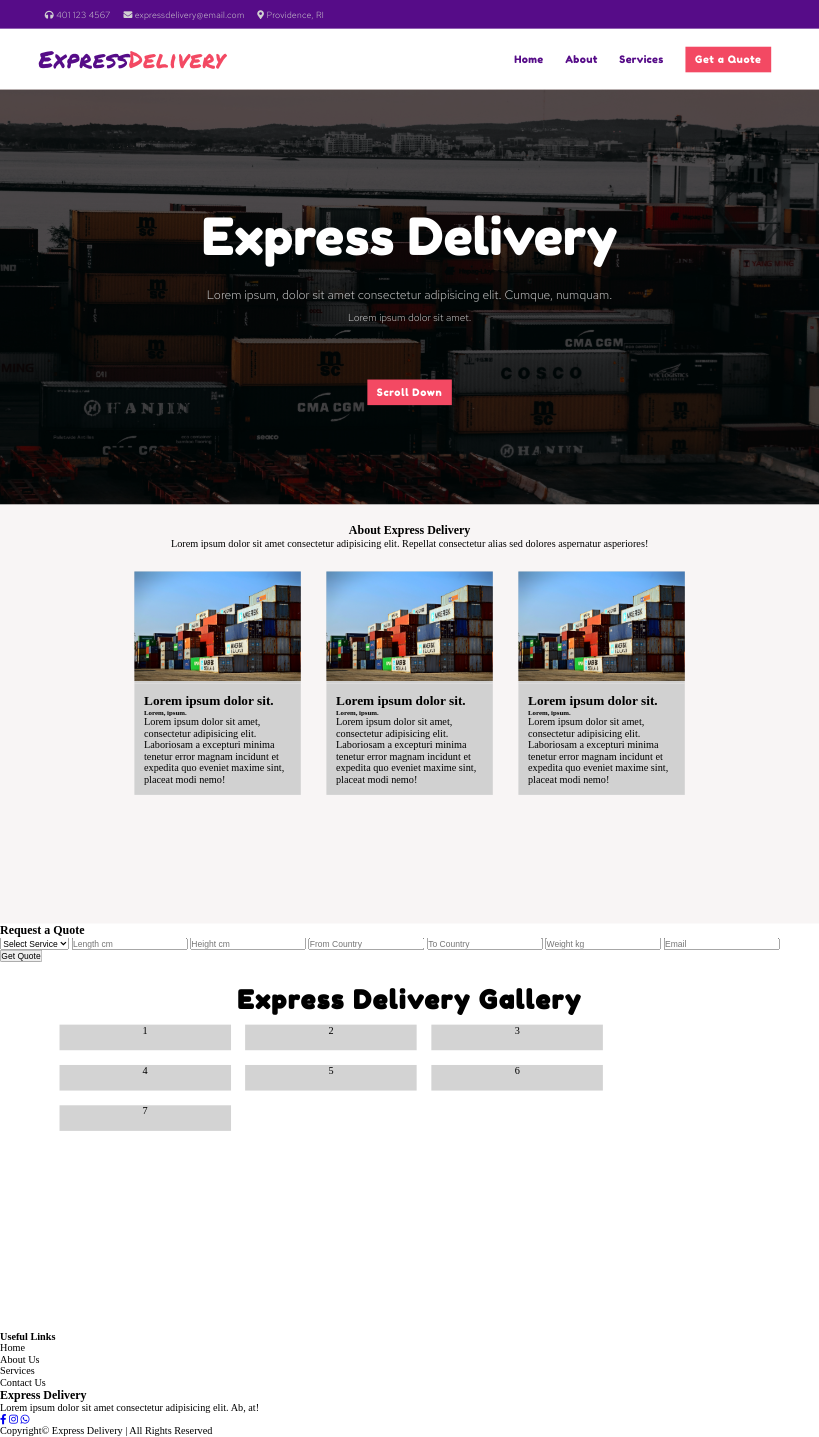
Repository: just-mann/express-delivery
Page: index.html
The author's editor kept a copy of each file at every save. The page is drawn from the files as they stood at one save, then again after the next save.
The browser window is 1280 px wide. The pictures show the whole page, at 64% of full size.
The style sheet was rebuilt from its Sass, Less or Tailwind sources for each picture, by a compiler version that may differ from the author's.

Above is the page before, as saved 2021-06-30 14:53:39.

### index.html
<!DOCTYPE html>
<html lang="en">
<head>
    <meta charset="UTF-8">
    <meta http-equiv="X-UA-Compatible" content="IE=edge">
    <meta name="viewport" content="width=device-width, initial-scale=1.0">
    <meta name="author" content="Justin Kollie">
    <meta name="description" content="Reliable shipping solutions across the U.S.">
    <link rel="stylesheet" href="/css/style.css">
    <link rel="stylesheet" href="https://cdnjs.cloudflare.com/ajax/libs/font-awesome/5.15.3/css/all.min.css" referrerpolicy="no-referrer" />
    <title>Express Delivery | Your trusted delivery system</title>
</head>
<body id="top">
    <header>
        <div class="top-section">
            <p><i class="fas fa-headphones"></i> 401 123 4567</p>
            <p class="emailAdd"><i class="fas fa-envelope"></i> expressdelivery@email.com</p>
            <p><i class="fas fa-map-marker-alt"></i> Providence, RI</p>
        </div>
        <nav>
            <a href="#" class="logo"><span>Express</span>Delivery</a>
            <div class="nav__links">
                <a href="#">Home</a>
                <a href="#">About</a>
                <a href="#">Services</a>
                <a class="quoteGet" href="#contact-us">Get a Quote</a>
            </div>
        </nav>
        <section class="hero__div">
            <div class="hero__section">
                <div class="hero__overlay">
                    <h2>Express Delivery</h2>
                    <p class="firstPara">Lorem ipsum, dolor sit amet consectetur adipisicing elit. Cumque, numquam.</p>
                    <p class="secondPara">Lorem ipsum dolor sit amet.</p>
                    <a href="#aboutUs">Scroll Down</a>
                </div>
            </div>
        </section>
    </header>
    <section class="product__description">

    </section>
    <section class="aboutUs" id="aboutUs">
        <h3>About Express Delivery</h3>
        <p>
            Lorem ipsum dolor sit amet consectetur adipisicing elit.
            Repellat consectetur alias sed dolores aspernatur asperiores!
        </p>
        <div class="about__card-div">
            <div class="card">
                <div class="imgDiv">
                    <img src="/images/container_ship.jpg" alt="card1">
                </div>
                <div>
                    <h4>Lorem ipsum dolor sit.</h4>
                    <h6>Lorem, ipsum.</h6>
                    <p>
                        Lorem ipsum dolor sit amet, consectetur adipisicing elit.
                        Laboriosam a excepturi minima tenetur error magnam incidunt
                        et expedita quo eveniet maxime sint, placeat modi nemo!
                    </p>
                </div>
            </div>
            <div class="card">
                <div class="imgDiv">
                    <img src="/images/container_ship.jpg" alt="card1">
                </div>
                <div>
                    <h4>Lorem ipsum dolor sit.</h4>
                    <h6>Lorem, ipsum.</h6>
                    <p>
                        Lorem ipsum dolor sit amet, consectetur adipisicing elit.
                        Laboriosam a excepturi minima tenetur error magnam incidunt
                        et expedita quo eveniet maxime sint, placeat modi nemo!
                    </p>
                </div>
            </div>
            <div class="card">
                <div class="imgDiv">
                    <img src="/images/container_ship.jpg" alt="card1">
                </div>
                <div>
                    <h4>Lorem ipsum dolor sit.</h4>
                    <h6>Lorem, ipsum.</h6>
                    <p>
                        Lorem ipsum dolor sit amet, consectetur adipisicing elit.
                        Laboriosam a excepturi minima tenetur error magnam incidunt
                        et expedita quo eveniet maxime sint, placeat modi nemo!
                    </p>
                </div>
            </div>
        </div>
    </section>
    <section class="contact" id="contact-us">
        <h3>Request a Quote</h3>
        <form action="">
            <select name="services" id="services">
                <option>Select Service</option>
                <option value="service1">Service 1</option>
                <option value="service2">Service 2</option>
                <option value="service3">Service 3</option>
                <option value="service4">Service 4</option>
            </select>
            <input type="text" placeholder="Length cm">
            <input type="text" placeholder="Height cm">
            <input type="text" name="country-from" id="country-from" placeholder="From Country">
            <input type="text" name="country-to" id="country-to" placeholder="To Country">
            <input type="text" name="weight" id="weight" placeholder="Weight kg">
            <input type="email" name="email" id="email" placeholder="Email">
            <input type="submit" value="Get Quote">
        </form>
    </section>
    <section class="gallery">
        <h3>Express Delivery Gallery</h3>
        <div class="gallery__div">
            <div>1</div>
            <div>2</div>
            <div>3</div>
            <div>4</div>
            <div>5</div>
            <div>6</div>
            <div>7</div>
        </div>
    </section>
    <footer class="footer">
        <section class="footer__top">
            <div class="usefulLinks">
                <h4>Useful Links</h4>
                <li>Home</li>
                <li>About Us</li>
                <li>Services</li>
                <li>Contact Us</li>
            </div>
            <div>
                <h3>Express Delivery</h3>
                <p>
                    Lorem ipsum dolor sit amet consectetur adipisicing elit. Ab, at!
                </p>
                <div class="social__links">
                    <a href="#"><i class="fab fa-facebook-f"></i></a>
                    <a href="#"><i class="fab fa-instagram"></i></a>
                    <a href="#"><i class="fab fa-whatsapp"></i></a>
                </div>
            </div>
        </section>
        <section class="footer__bottom">
            <p>Copyright&copy Express Delivery | All Rights Reserved</p>
        </section>
    </footer>
</body>
</html>

### Sass/style.scss
@import 'reset';
@import 'default__styles';
@import 'mixins';

body {
    position: relative;
}


header {
    .top-section {
        background: $secondary__color;
        color: $light__white;
        display: flex;
        justify-content: flex-start;
        align-items: center;
        // padding: 15px 0px;
        @include my_container;
        height: 45px;

        p {
            font-family: $third__font;
            font-size: 0.87rem;
            color: $dark__white;
            letter-spacing: 0.3px;
            margin: 0 10px;

            .emailAdd {
                border-left: 1px solid red;
                border-right: 1px solid red;
            }

            i {
                transition: 0.7s;
            }



            &:hover {
                i {
                    color: $primary__color;
                }
            }
        }
    }

    nav {
        // position: sticky;
        // top: 0;
        // left: 0;
        @include my_container;
        width: 100%;
        height: 95px;
        // padding: 0px 35px;
        background: $light__white;
        display: flex;
        justify-content: space-between;
        align-items: center;

        .logo {
            font-size: 2.3rem;
            color: $primary__color;
            font-weight: 450;
            letter-spacing: 1px;
            font-family: $primary__font;
            span {
                color: $secondary__color;
            }
        }

        .nav__links {
            a {
                color: $secondary__color;
                font-size: 1rem;
                margin: 0 15px;
                transition: 0.5s;
                font-family: $secondary__font;
                font-weight: 150;
                letter-spacing: 0.5px;

                &:hover {
                    color: $primary__color;
                }

            }

            .quoteGet {
                @include btn_style;
            }
        }
    }

    .hero__div {
        height: 90vh;
        z-index: 0;
        .hero__section {
            width: 100%;
            height: 100%;
            display: flex;
            justify-content: center;
            align-items: center;
            background: url('/images/heroImg.jpg') no-repeat center center / cover;

            .hero__overlay {
                // display: none;
                background: rgba(0, 0, 0, 0.678);
                height: 100%;
                width: 100%;
                display: flex;
                align-items: center;
                justify-content: center;
                flex-direction: column;
                color: $light__white;
                text-align: center;

                h2 {
                    font-size: 5rem;
                    margin-top: 30px;
                    font-family: $secondary__font;
                    font-weight: 90;
                }

                .firstPara {
                    font-family: $third__font;
                    font-size: 1.2rem;
                    font-weight: 300;
                    line-height: 1.4em;
                    margin: 30px 0px 6px 0px;
                    color: $dark__white;
                }
                .secondPara {
                    font-family: $third__font;
                    font-size: 1rem;
                    font-weight: 300;
                    line-height: 1.4em;
                    margin: 5px 0px;
                    color: $dark__white;
                }

                a {
                    @include btn_style;
                    margin: 80px 0px 5px 0px;
                }
            }
        }
    }
}





// About Us
.aboutUs {
    // @include my_container;
    max-width: 100%;
    min-height: 50vh;
    text-align: center;
    margin: 0px auto;
    padding-top: 30px;
    padding-bottom: 15px;
    background: rgb(248, 245, 245);

    h3 {

    }

    p {

    }

    .about__card-div {
        // background: yellow;
        max-width: 100%;
        margin: 0 auto;
        padding: 25px;
        display: grid;
        justify-content: center;
        align-items: center;
        grid-template-columns: repeat(3, 300px);

        .card {
            min-height: 500px;
            margin: 10px 20px;
            text-align: center;
            &:hover {
                // @include divShadow;
            }

            .imgDiv {
                min-height: 30%;
                padding: 0px;
            }

            img {
                width: 100%;
                min-height: 100%;
                object-fit: cover;
            }

            div {
                padding: 15px;
                margin: 0 auto;
                text-align: left;
                background: $dark__white;

                h4 {
                    font-size: 1.3rem;
                }

                h6 {

                }

                p {

                }
            }
        }
    }
}

.gallery {
    padding: 35px;
    height: 80vh;

    h3 {
        font-family: $secondary__font;
        font-size: 2.5rem;
        text-align: center;
        letter-spacing: 2.5px;
    }

    .gallery__div {

        padding: 15px 35px;
        text-align: center;
        // float: left;

        div {
            background: lightgray;
            width: 40px;
            height: 40px;
            @include grid(4, 2%);

        }
    }
}

### Sass/default__styles.scss
// Google Fonts
@import url('https://fonts.googleapis.com/css2?family=Abel&family=Dancing+Script:wght@300&family=Fredoka+One&family=Permanent+Marker&family=Red+Hat+Text:wght@300&family=Roboto:wght@100&family=Sacramento&display=swap');



// Styles for items like buttons, links, lists, and colors, fonts, etc..

// Variables
$primary__color: #F34963;
$secondary__color: #560c88;
$light__white: #ffffff;
$dark__white: #d1d1d1;
$primary__font: 'Permanent Marker', cursive;
$secondary__font: 'Fredoka One', cursive;
$third__font: 'Red Hat Text', sans-serif;








html {
    scroll-behavior: smooth;
}

a {
    text-decoration: none;
}

ul, li {
    list-style: none;
}

### Sass/mixins.scss
// Button Mixin
@mixin btn_style {
    border: none;
    background: $primary__color;
    color: $light__white;
    padding: 10px 15px;
    font-family: $secondary__font;
    font-weight: 150;
    letter-spacing: 1px;

    &:hover {
        color: $light__white;
        cursor: pointer;
    }
}

@mixin divShadow {
    box-shadow: -1px -3px 46px 16px rgba(0,0,0,0.23);
        -webkit-box-shadow: -1px -3px 46px 16px rgba(0,0,0,0.23);
        -moz-box-shadow: -1px -3px 46px 16px rgba(0,0,0,0.23);
}

@mixin my_container {
    padding: 0px 60px;
}


// Grid Mixin
@mixin grid($cols, $mgn) {
    float: left;
    margin-left: $mgn;
    margin-bottom: $mgn;
    width: (100% - (($cols - 1) * $mgn)) / $cols;
    &:nth-child(#{$cols}n) {
        margin-right: 0;
    }
}

Loaded but not shown: Sass/reset.scss (common file)

After the next save:
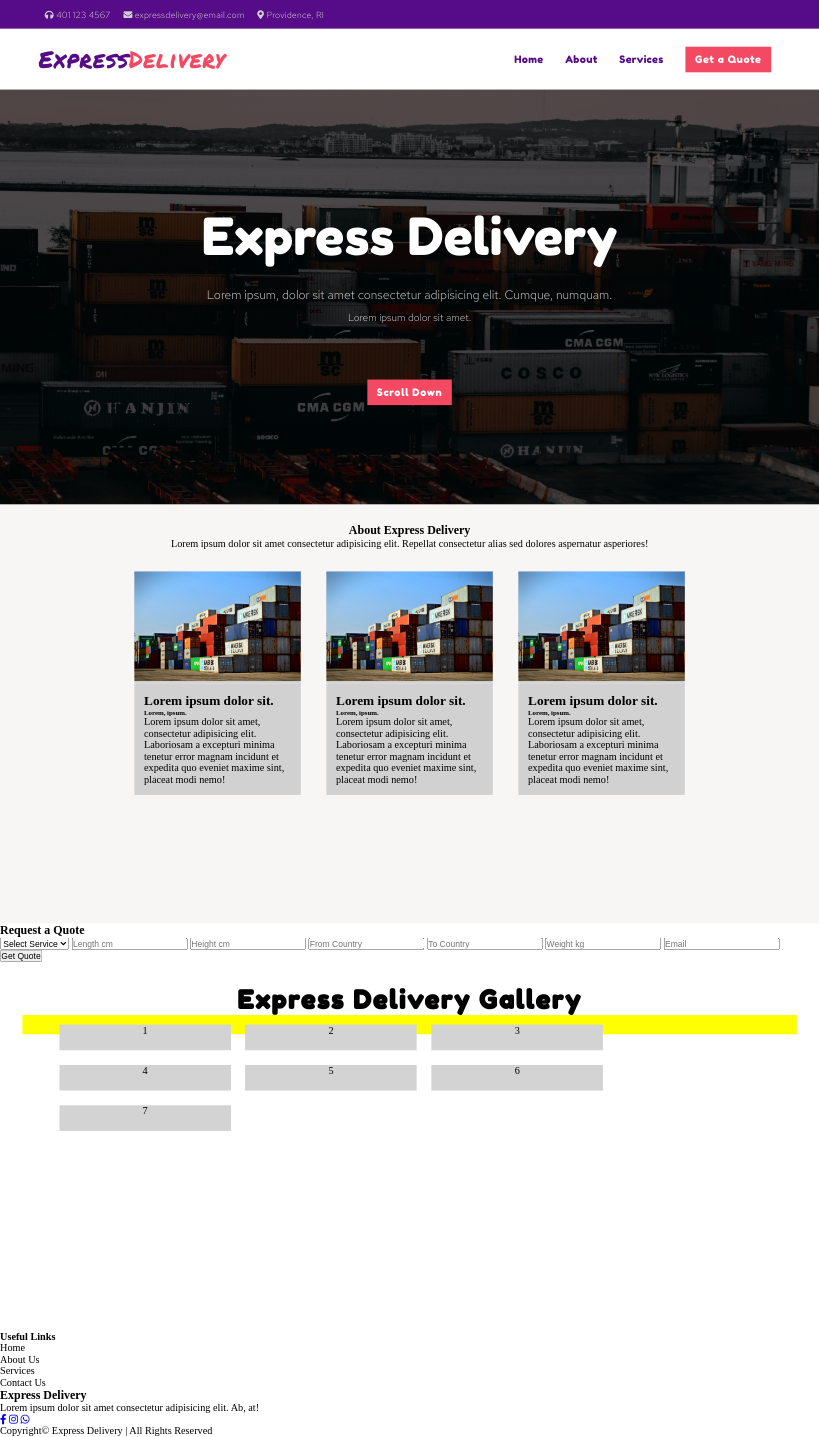
Saved 18 s later.
--- a/Sass/style.scss
+++ b/Sass/style.scss
@@ -232,7 +232,7 @@ header {
     }
 
     .gallery__div {
-
+        background: yellow;
         padding: 15px 35px;
         text-align: center;
         // float: left;
